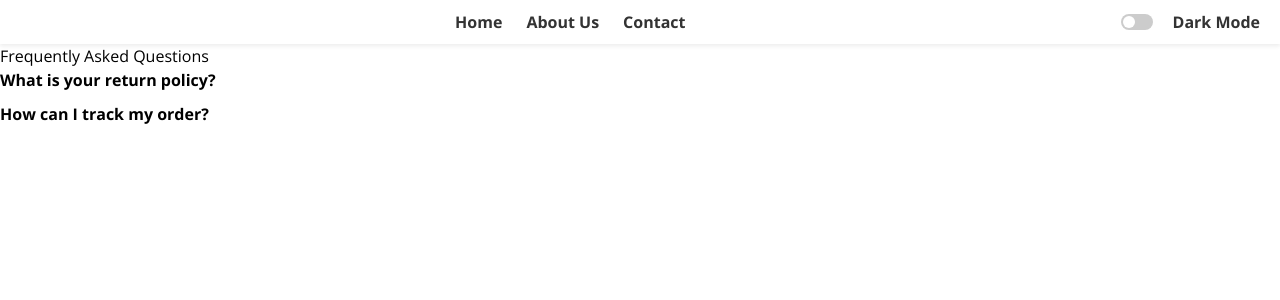
Repository: sriram1224/Text-converter
Page: /about
These files come from the project's save history. The page is drawn as it stood at one moment and after the next save; the edit follows.
The browser window is 1280 px wide. The pictures show the whole page.
The project was rebuilt for these pictures with package versions that can differ from the ones it lists, and the page was loaded fresh each time. Also part of the build but not shown: src/Home.css, src/Home.jsx.

Above is the page before, as saved 2024-03-27 03:58:47.

After the next save:
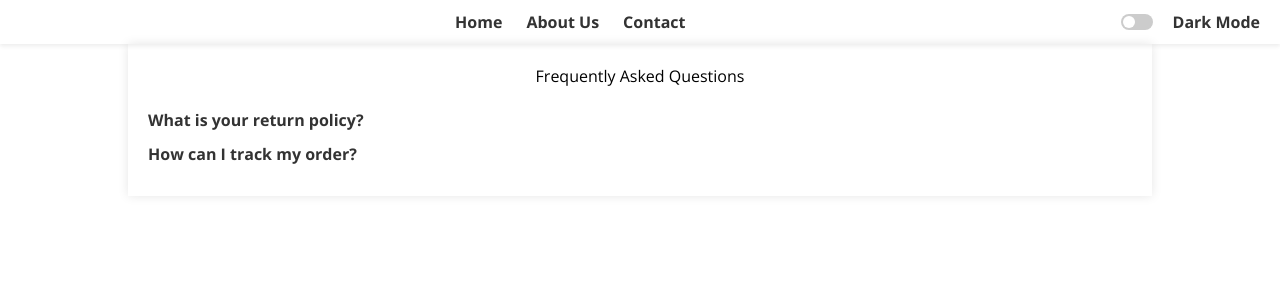
Saved 29 s later.
--- a/src/about.css
+++ b/src/about.css
@@ -1,29 +1,25 @@
+.faq {
+    width: 80%;
+    margin: 0 auto;
+    padding: 20px;
+    box-shadow: 0px 0px 10px rgba(0, 0, 0, 0.1);
+}
+
+.faq h1 {
+    text-align: center;
+    margin-bottom: 20px;
+}
+
 .faq-item {
     margin-bottom: 10px;
 }
 
-.question {
+.faq-question {
     cursor: pointer;
-    display: flex;
-    align-items: center;
+    color: #333;
 }
 
-.arrow {
-    margin-left: auto;
-    transition: transform 0.3s ease;
+.faq-answer {
+    margin-top: 5px;
+    color: #666;
 }
-
-.up {
-    transform: rotate(180deg);
-}
-
-.answer {
-    max-height: 0;
-    overflow: hidden;
-    transition: max-height 0.3s ease;
-}
-
-.open {
-    max-height: 1000px;
-    /* Set a sufficiently large value */
-}
